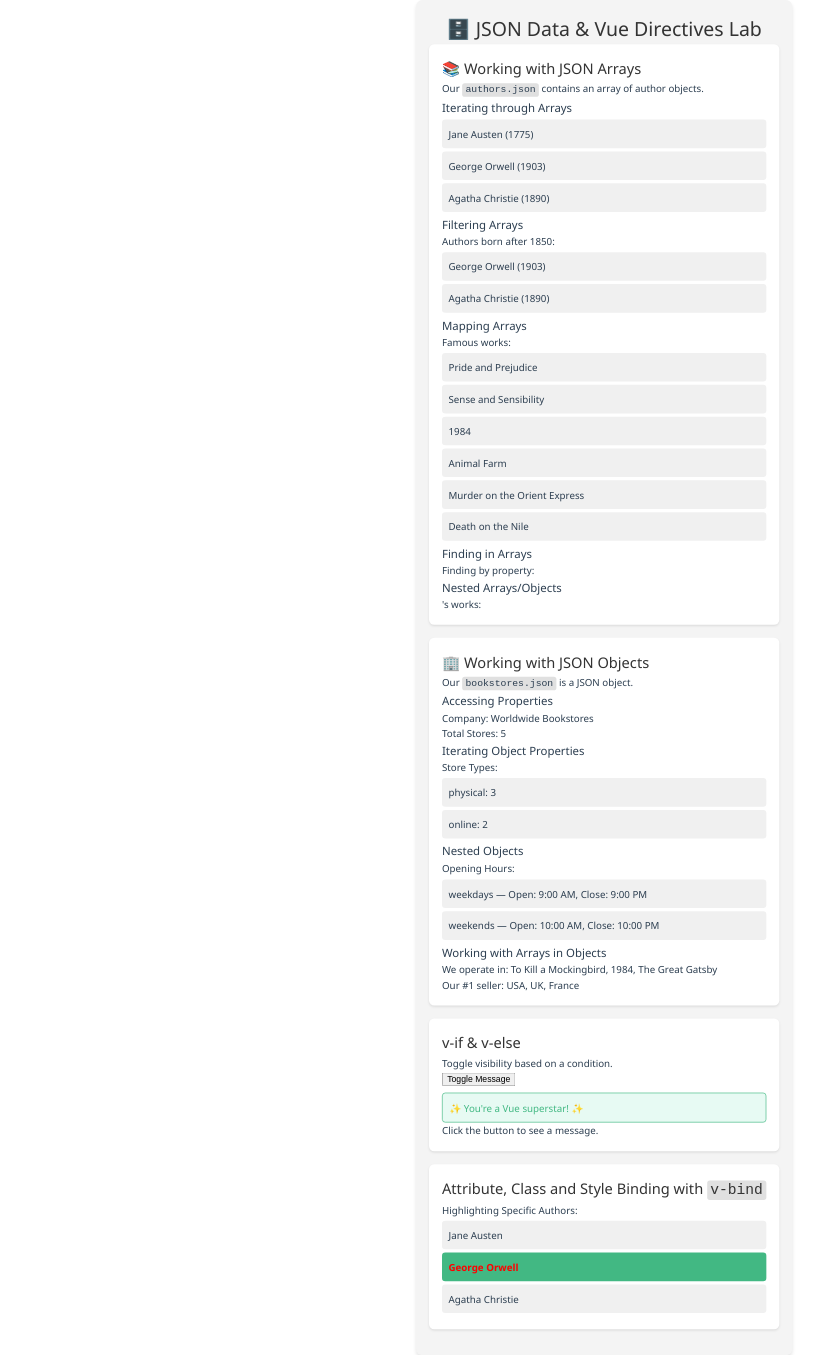
Repository: Andrew-JX/mji-library
Page: /
These files come from the project's save history. The page is drawn as it stood at one moment and after the next save; the edit follows.
The browser window is 1280 px wide. The pictures show the whole page, at 65% of full size.
The project was rebuilt for these pictures with package versions that can differ from the ones it lists, and the page was loaded fresh each time. Also part of the build but not shown: vite.config.js.

Above is the page before, as saved 2025-08-06 16:55:24.

### src/App.vue
<script setup>
import JSONView from "./components/JSON.vue";
</script>

<template>
  <header>
  </header>

  <main>
    <JSONView />
  </main>
</template>

<style scoped>
header {
  line-height: 1.5;
}

.logo {
  display: block;
  margin: 0 auto 2rem;
}

@media (min-width: 1024px) {
  header {
    display: flex;
    place-items: center;
    padding-right: calc(var(--section-gap) / 2);
  }

  .logo {
    margin: 0 2rem 0 0;
  }

  header .wrapper {
    display: flex;
    place-items: flex-start;
    flex-wrap: wrap;
  }
}
</style>

### src/components/JSON.vue
<!-- JSONLab.vue -->
<template>
  <div class="json-lab">
    <h1>🗄️ JSON Data & Vue Directives Lab</h1>

    <section class="lab-section">
      <h2>📚 Working with JSON Arrays</h2>
      <p>Our <code>authors.json</code> contains an array of author objects.</p>

      <h3>Iterating through Arrays</h3>
      <!-- Activity 6: Render a list containing author names and their birth years. Hint: Make use of the v-for directive to iterate through the array of authors. -->
      <!-- TODO: CODE TO RENDER LIST OF AUTHORS HERE -->
      <ul>
        <li v-for="author in authors" :key="author.id">
          {{ author.name }} ({{ author.birthYear }})
        </li>
      </ul>
      <h3>Filtering Arrays</h3>
      <!-- Activity 7: Render a list containing authors born after 1850. Hint: Make use of the v-for directive to iterate through the array of authors that you have filtered out. -->
      <p>Authors born after 1850:</p>
      <!-- TODO: CODE TO RENDER LIST OF AUTHORS HERE -->
      <ul>
        <li v-for="author in modernAuthors" :key="author.id">
          {{ author.name }} ({{ author.birthYear }})
        </li>
      </ul>
      <h3>Mapping Arrays</h3>
      <p>Famous works:</p>
      <ul>
        <!-- Activity 8: Render a list of all famous works. Hint: Use the v-for directive to iterate through the array of authors that you have filtered out. -->
        <li v-for="work in allFamousWorks" :key="work">
          {{ work }}
        </li>
      </ul>

      <h3>Finding in Arrays</h3>
      <p>Finding by property: {{ orwell?.name }}</p>

      <h3>Nested Arrays/Objects</h3>
      <p>{{ austen?.name }}'s works:</p>
      <!-- Activity 9: Render a list of Austen's works. Hint: Use the v-for directive to iterate through the array of authors that you have filtered out. -->
      <!-- TODO: CODE TO RENDER LIST OF AUSTEN'S WORKS HERE -->
      <ul>
        <li v-for="work in austen?.famousWorks" :key="work.title">
          {{ work.title }} ({{ work.year }})
        </li>
      </ul>
    </section>

    <section class="lab-section">
      <h2>🏢 Working with JSON Objects</h2>
      <p>Our <code>bookstores.json</code> is a JSON object.</p>

      <h3>Accessing Properties</h3>
      <p>
        Company:
        <!-- Activity 9a: Get the company name from the bookstores object. -->
        <!-- TODO: CODE TO GET COMPANY NAME HERE -->
        {{ bookstores.name }}
      </p>

      <p>
        Total Stores:
        <!-- Activity 9b: Get the total number of stores from the bookstores object. -->
        <!-- TODO: CODE TO GET TOTAL STORES HERE -->
        {{ bookstores.totalStores }}
      </p>

      <h3>Iterating Object Properties</h3>
      <p>Store Types:</p>
      <!-- Activity 10: Iterate through the storeTypes array and display the store type and the number of stores that use that type. -->
      <!-- TODO: CODE TO RENDER LIST OF STORE TYPES HERE -->
      <ul>
        <li v-for="(count, type) in bookstores.storeTypes" :key="type">
          {{ type }}: {{ count }}
        </li>
      </ul>
      <h3>Nested Objects</h3>
      <p>Opening Hours:</p>
      <!-- Activity 11: Iterate through the openingHours object and display the day of the week and the opening and closing times. -->
      <!-- TODO: CODE TO RENDER LIST OF OPENING HOURS HERE -->
      <ul>
        <li v-for="(hours, day) in bookstores.openingHours" :key="day">
          {{ day }} — Open: {{ hours.open }}, Close: {{ hours.close }}
        </li>
      </ul>
      <h3>Working with Arrays in Objects</h3>
      <!-- Activity 12: Get the top sellers from the bookstores object. -->
      <!-- TODO: CODE TO GET TOP SELLERS HERE -->
      <p>We operate in: {{ bookstores.topSellers.join(', ') }}</p>
      <p>Our #1 seller: {{ bookstores.countries.join(', ') }}</p>
    </section>

    <section class="lab-section">
      <h2>v-if & v-else</h2>
      <p>Toggle visibility based on a condition.</p>
      <!-- Activity 13: Toggle the message visibility when the button is clicked. -->
      <!-- TODO: CODE TO TOGGLE MESSAGE VISIBILITY HERE. Hint: Use the v-if directive. -->
      <button @click="showMessage = !showMessage">Toggle Message</button>
      <p class="message success">✨ You're a Vue superstar! ✨</p>
      <p>Click the button to see a message.</p>
    </section>

    <section class="lab-section">
      <h2>Attribute, Class and Style Binding with <code>v-bind</code></h2>
      <p>Highlighting Specific Authors:</p>
      <ul>
        <li v-for="author in authors" :key="author.id" :class="{ highlight: author.name === 'George Orwell' }"
          :style="author.name === 'George Orwell' ? 'color: red; font-weight: bold' : ''">
          {{ author.name }}
        </li>
      </ul>
    </section>
  </div>
</template>

<script setup>
import { ref, computed } from "vue"
import authorsData from '../assets/json/authors.json'
import bookstoresData from '../assets/json/bookstores.json'
// Activity 1: Import JSON files (authors.json and bookstores.json)
// TODO: CODE TO IMPORT JSON FILES HERE
const authors = ref(authorsData)
const bookstores = ref(bookstoresData)
const showMessage = ref(false)

// Activity 2: Get authors born after 1850
const modernAuthors = computed(() =>
  authors.value.filter(author => author.birthYear > 1850)
)

// Activity 3: Get all famous works
const allFamousWorks = computed(() =>
  // TODO: CODE TO GET ALL FAMOUS WORKS HERE
  authors.value.flatMap(author => author.famousWorks.map(work => work.title))
)

// Activity 4: Find author by name
const orwell = computed(() => {
  // TODO: CODE TO FIND AUTHOR BY NAME HERE
  authors.value.find(author => author.name === 'George Orwell')
})

// Activity 5: Find author by ID
const austen = computed(() => {
  // TODO: CODE TO FIND AUTHOR BY ID HERE
  authors.value.find(author => author.id === 1)  // Jane Austen

})
</script>

<style scoped>
.json-lab {
  font-family: "Segoe UI", Tahoma, Geneva, Verdana, sans-serif;
  max-width: 80vw;
  margin: 0 auto;
  padding: 20px;
  background-color: #f4f4f4;
  border-radius: 10px;
  box-shadow: 0 4px 6px rgba(0, 0, 0, 0.1);
}

h1,
h2 {
  color: #333;
}

h1 {
  text-align: center;
}

.lab-section {
  background-color: white;
  padding: 20px;
  margin-bottom: 20px;
  border-radius: 8px;
  box-shadow: 0 2px 4px rgba(0, 0, 0, 0.1);
}

.message {
  padding: 10px;
  border-radius: 5px;
  margin-top: 10px;
}

.success {
  background-color: #e7faf3;
  color: #42b883;
  border: 1px solid #42b883;
}

.highlight {
  background-color: #42b883;
}

code {
  background-color: #e0e0e0;
  padding: 2px 5px;
  border-radius: 4px;
  font-family: "Courier New", Courier, monospace;
}

ul {
  list-style-type: none;
  padding: 0;
}

li {
  background-color: #f0f0f0;
  padding: 10px;
  margin: 5px 0;
  border-radius: 5px;
}
</style>

Loaded but not shown: index.html (common file); src/main.js (common file); src/assets/main.css (common file); src/assets/base.css (common file); src/assets/json/authors.json (common file); src/assets/json/bookstores.json (common file)

After the next save:
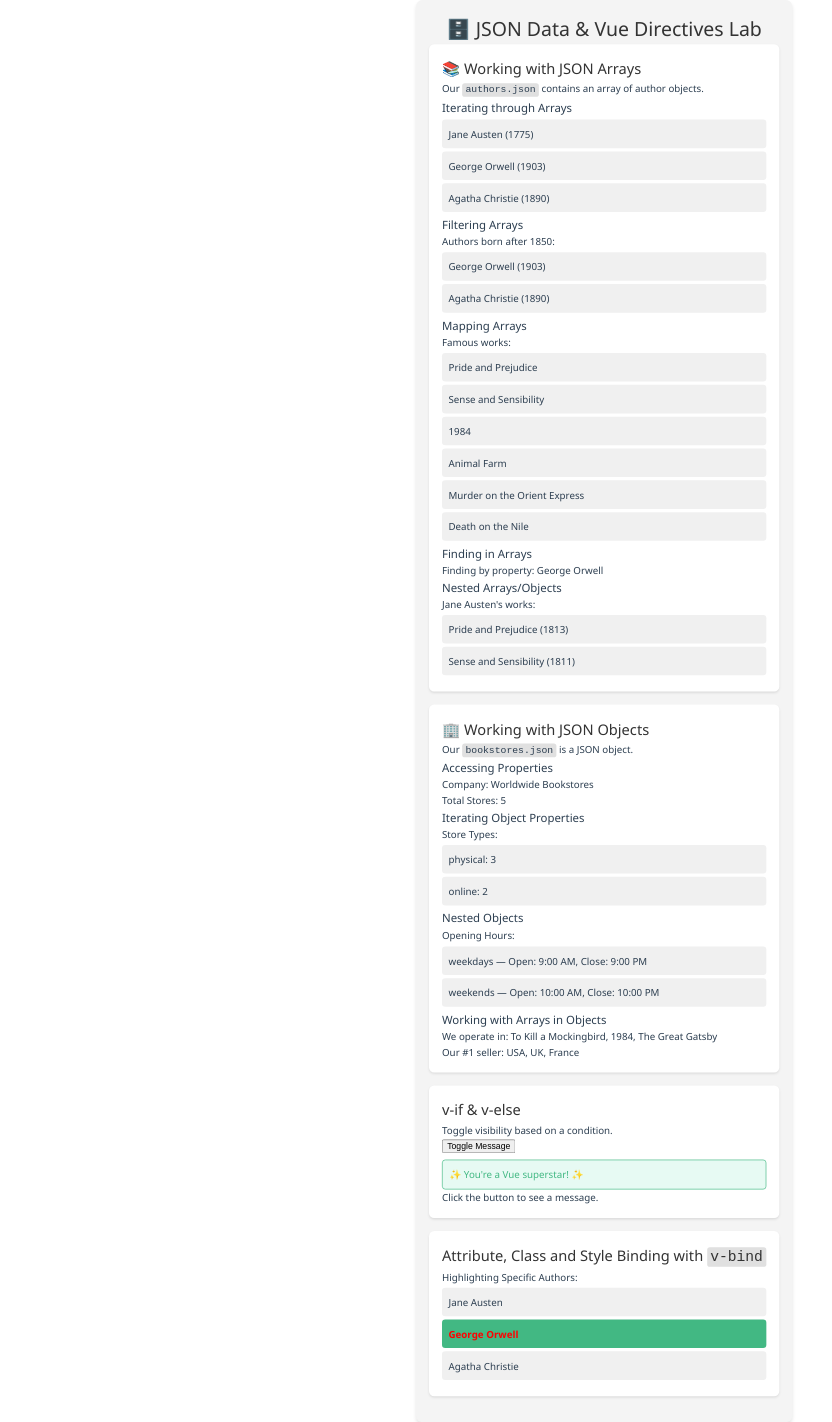
Saved 20 s later.
--- a/src/components/JSON.vue
+++ b/src/components/JSON.vue
@@ -136,17 +136,16 @@ const allFamousWorks = computed(() =>
 )
 
 // Activity 4: Find author by name
-const orwell = computed(() => {
+const orwell = computed(() =>
   // TODO: CODE TO FIND AUTHOR BY NAME HERE
   authors.value.find(author => author.name === 'George Orwell')
-})
+)
 
 // Activity 5: Find author by ID
-const austen = computed(() => {
+const austen = computed(() =>
   // TODO: CODE TO FIND AUTHOR BY ID HERE
   authors.value.find(author => author.id === 1)  // Jane Austen
-
-})
+)
 </script>
 
 <style scoped>
